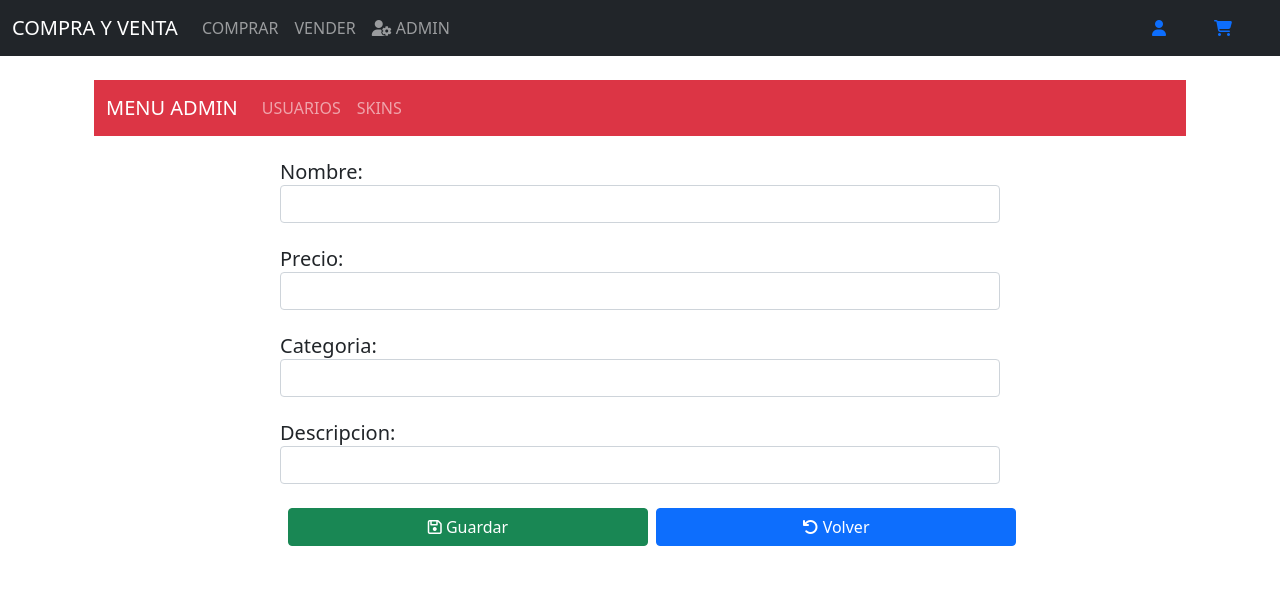
Repository: raultg98/compraYventaSkins
Page: src/views/admin/edit.ejs
The author's editor kept a copy of each file at every save. The page is drawn from the files as they stood at one save, then again after the next save.
The browser window is 1280 px wide. The pictures show the whole page.
Some web libraries are served in a nearby version. The page is served by the project's Node server (src/app.js). Other server files are loaded and not shown. The template is opened directly, without the code that normally fills it, so the values that code supplies are empty.

Above is the page before, as saved 2021-05-26 20:29:08.

### src/views/admin/edit.ejs
<%- include('../templates/head.ejs', {titulo: 'TITULO'}) %>

<%- include('../templates/navbar.ejs') %>


<div class="container p-4">
    <%- include('navbarAdmin.ejs')  %>
</div>

<div class="container px-4">
    <div class="d-flex justify-content-center row">
        <div class="col-8">

            <form action="" method="POST">
                <div class="d-flex justify-content-center">
                    <img src="<%= datos.foto %>" alt="" style="width: 40%;">
                </div>
                <div class="form-group">
                    <label for="nombre"><h5>Nombre: </h5></label>
                    <input type="text" class="form-control" id="nombre" name="nombre" placeholder="<%= datos.nombre %>">
                </div><br>

                <div class="form-group">
                    <label for="precio"><h5>Precio: </h5></label>
                    <input type="number" class="form-control" id="precio" name="precio" placeholder="<%= datos.precio %>">
                </div><br>

                <div class="form-group">
                    <label for="categoria"><h5>Categoria: </h5></label>
                    <input type="text" class="form-control" id="categoria" name="categoria" placeholder="<%= datos.categoria %>">
                </div><br>

                <div class="form-group">
                    <label for="descripcion"><h5>Descripcion: </h5></label>
                    <input type="text" class="form-control" id="descripcion" name="descripcion" placeholder="<%= datos.descripcion %>">
                </div><br>

                <div class="d-flex justify-content-around">
                    <a href="/skins/edit/" class="btn btn-success btn-block mx-2 text-white col-md-6 col-12">
                        <i class="far fa-save"></i> Guardar
                    </a>

                    <a href="/skins" class="btn btn-primary btn-block text-white  col-md-6 col-12">
                        <i class="fas fa-undo"></i> Volver
                    </a>
                </div>

            </form>

        </div>
    </div>
</div>


<%- include('../templates/footer.ejs') %>

### src/views/templates/head.ejs
<!DOCTYPE html>
<html lang="en">
<head>
    <meta charset="UTF-8">
    <meta http-equiv="X-UA-Compatible" content="IE=edge">
    <meta name="viewport" content="width=device-width, initial-scale=1.0">

    <link href="https://cdn.jsdelivr.net/npm/bootstrap@5.0.0-beta2/dist/css/bootstrap.min.css" rel="stylesheet" integrity="sha384-BmbxuPwQa2lc/FVzBcNJ7UAyJxM6wuqIj61tLrc4wSX0szH/Ev+nYRRuWlolflfl" crossorigin="anonymous">

    <link rel="stylesheet" href="/css/main.css">
    <link rel="stylesheet" href="/css/normalize.css">
    <script src="https://kit.fontawesome.com/a661c6f0ab.js" crossorigin="anonymous"></script>
    <title><%= titulo %> </title>
</head>
<body>

### src/views/templates/navbar.ejs
<nav class="navbar navbar-expand-lg navbar-dark bg-dark text-white">
    <div class="container-fluid">
        <a class="navbar-brand" href="/inicio">
            COMPRA Y VENTA
        </a>
      <button class="navbar-toggler" type="button" data-bs-toggle="collapse" data-bs-target="#navbarNavAltMarkup" aria-controls="navbarNavAltMarkup" aria-expanded="false" aria-label="Toggle navigation">
        <span class="navbar-toggler-icon"></span>
      </button>
      <div class="collapse navbar-collapse" id="navbarNavAltMarkup">
        <div class="navbar-nav">
          <a class="nav-link" href="/comprar">COMPRAR</a>
          <a class="nav-link" href="/vender">VENDER</a>
          <a class="nav-link" href="/usuarios"><i class="fas fa-user-cog"></i> ADMIN</a>

        </div>

      </div>
    </div>

    <div class="d-flex mx-4">
        <a href="login" class="mx-4">
            <i class="fas fa-user"></i>
        </a>

        <a class="mx-4">
            <i class="fas fa-shopping-cart"></i>
        </a>
    </div>
  </nav>

### src/views/admin/navbarAdmin.ejs
<nav class="navbar navbar-expand-lg navbar-dark bg-danger text-white">
    <div class="container-fluid">
        <a class="navbar-brand" href="#">
            MENU ADMIN
        </a>
      <button class="navbar-toggler" type="button" data-bs-toggle="collapse" data-bs-target="#navbarNavAltMarkup" aria-controls="navbarNavAltMarkup" aria-expanded="false" aria-label="Toggle navigation">
        <span class="navbar-toggler-icon"></span>
      </button>
      <div class="collapse navbar-collapse" id="navbarNavAltMarkup">
        <div class="navbar-nav">
          <a class="nav-link" href="/usuarios">USUARIOS</a>
          <a class="nav-link" href="/skins">SKINS</a>
        </div>

      </div>
    </div>
</nav>

### src/views/templates/footer.ejs

     <script src="https://cdn.jsdelivr.net/npm/bootstrap@5.0.0-beta2/dist/js/bootstrap.bundle.min.js" integrity="sha384-b5kHyXgcpbZJO/tY9Ul7kGkf1S0CWuKcCD38l8YkeH8z8QjE0GmW1gYU5S9FOnJ0" crossorigin="anonymous"></script>
</body>
</html>

### src/app.js
// IMPORTS
const express = require('express');
const morgan = require('morgan');
const path = require('path');

const app = express();


// SETTINGS
app.set('port', process.env.PORT || 5000);

// MOTOR DE PLANTILLAS
app.set('view engine', 'ejs');
app.set('views', __dirname + '/views');

// MIDDLEWARE
app.use(morgan('dev'));
app.use(express.urlencoded({ extended: false }));

// RUTAS
app.use(require('./routes/appRoutes'));

// ARCHIVOS ESTATICOS
app.use(express.static(path.join(__dirname, 'public')));


app.listen(app.get('port'), (req, res)=>{
    console.log('Server running on port: ', app.get('port'));
});

### src/public/css/main.css
.contenedor-login{
    background-color: aquamarine;
    width: 50vw;
    padding: 1rem;
}

h5{
    margin: 0;
    padding: 0;
}

Loaded but not shown: src/public/css/normalize.css (library)

After the next save:
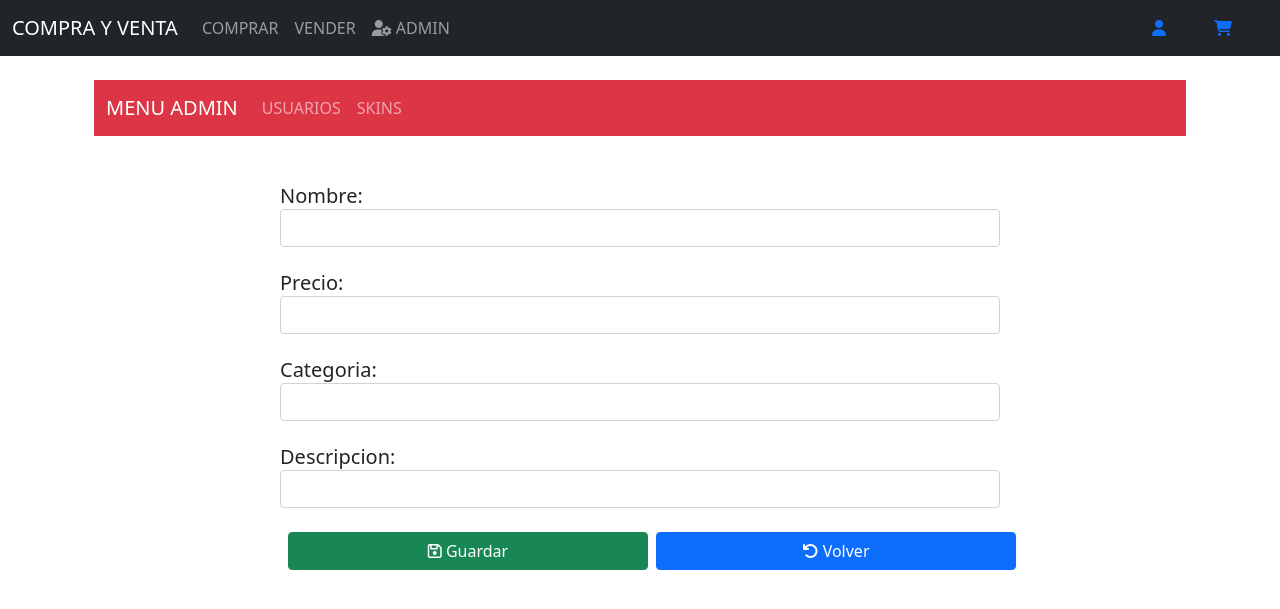
Saved 5 days later.
--- a/src/views/admin/edit.ejs
+++ b/src/views/admin/edit.ejs
@@ -7,7 +7,7 @@
     <%- include('navbarAdmin.ejs')  %>
 </div>
 
-<div class="container px-4">
+<div class="container p-4">
     <div class="d-flex justify-content-center row">
         <div class="col-8">
 
@@ -36,7 +36,7 @@
                 </div><br>
 
                 <div class="d-flex justify-content-around">
-                    <a href="/skins/edit/" class="btn btn-success btn-block mx-2 text-white col-md-6 col-12">
+                    <a href="/skins" class="btn btn-success btn-block mx-2 text-white col-md-6 col-12">
                         <i class="far fa-save"></i> Guardar
                     </a>
 
